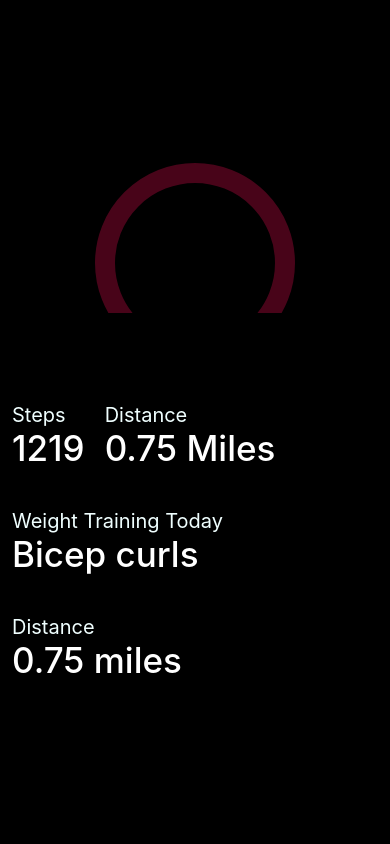
Repository: JamesPesenti/JiMTracker
Screen: /
An editor plug-in stored every save of this project. The screen is shown before and after the next save, followed by the edit.
The app was drawn by React Native's web renderer in a window 390 px wide. The project was rebuilt for these pictures with package versions that can differ from the ones it lists, and the page was loaded fresh each time.

Above is the screen before, as saved 2023-06-16 14:40:49.

### App.tsx
import { StatusBar } from 'expo-status-bar';
import { StyleSheet, Text, View } from 'react-native';
import Value from "./src/components/Value"
import RingProgress from './src/components/RingProgress';



export default function App() {
  return (
    <View style={styles.container}>
       <RingProgress />
       <View style={{flexDirection: "row", gap: 20}}>
          <Value label="Steps" value="1219" />
          <Value label="Distance" value="0.75 Miles" />
       </View>
          {/* Training */}
           <View>
              <Text style={styles.label}>Weight Training Today</Text>
              <Text style={styles.amount}>Bicep curls</Text>
           </View>

        <View style={{flexDirection: 'row'}}>
          {/* new */}
          <View>
              <Text style={styles.label}>Distance</Text>
              <Text style={styles.amount}>0.75 miles</Text>
          </View>
        </View>
      <StatusBar style="auto" />
    </View>
  );
}

const styles = StyleSheet.create({
  container: {
    flex: 1,
    backgroundColor: 'black',
    justifyContent: 'center',
    padding: 12,
    marginHorizontal: 0,
    gap: 40,
  },
  label: {
    color: "azure",
    fontSize: 20,
  },
  amount: {
    color: "white",
    fontSize: 35,
    fontWeight: "500"
  }
});

### src/components/Value.tsx
import { StyleSheet, Text, View } from 'react-native';

type ValueProps = {
  label: string;
  value: string;
}

const Value = ({ label, value }: ValueProps) => {
  return (
    <>
     <View>
      <Text style={styles.label}>{label}</Text>
      <Text style={styles.amount}>{value}</Text>
     </View>
    </>
  )
}

export default Value

const styles = StyleSheet.create({
   label: {
      color: "azure",
      fontSize: 20,
    },
    amount: {
      color: "white",
      fontSize: 35,
      fontWeight: "500"
    }
})

### src/components/RingProgress.tsx
import { StyleSheet, Text, View } from 'react-native'
import SVG, { Circle } from 'react-native-svg'

type RingProgressProps = {
   radius?: number;
   strokeWidth?: number;
}

const color = "#EE0F55"

const RingProgress = ({radius = 100, strokeWidth = 20}: RingProgressProps) => {

   const innerRadius = radius - strokeWidth / 2

  return (
    <View style={{ width: radius * 2, height: radius * 2, alignSelf: "center"}}>
      <SVG>
         <Circle
            cx={radius}
            cy={radius}
            r={innerRadius}
            strokeWidth={strokeWidth}
            stroke={color}
            opacity={0.3}
         />
      </SVG>
    </View>
  )
}

export default RingProgress

const styles = StyleSheet.create({})

After the next save:
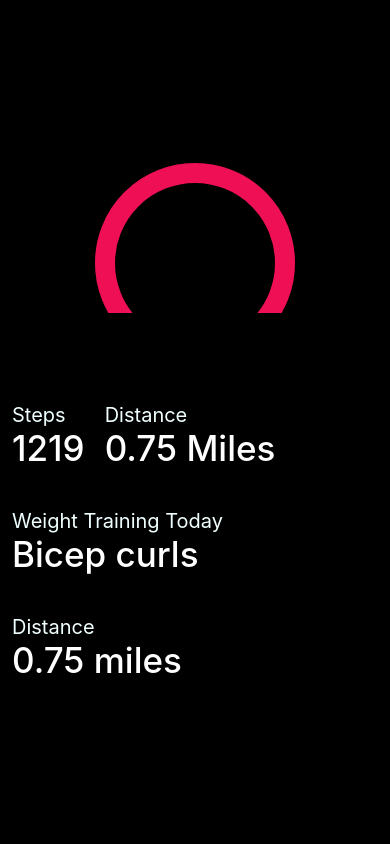
Saved 17 s later.
--- a/src/components/RingProgress.tsx
+++ b/src/components/RingProgress.tsx
@@ -23,6 +23,14 @@ const RingProgress = ({radius = 100, strokeWidth = 20}: RingProgressProps) => {
             stroke={color}
             opacity={0.3}
          />
+         <Circle
+            cx={radius}
+            cy={radius}
+            r={innerRadius}
+            strokeWidth={strokeWidth}
+            stroke={color}
+            opacity={1}
+         />
       </SVG>
     </View>
   )
